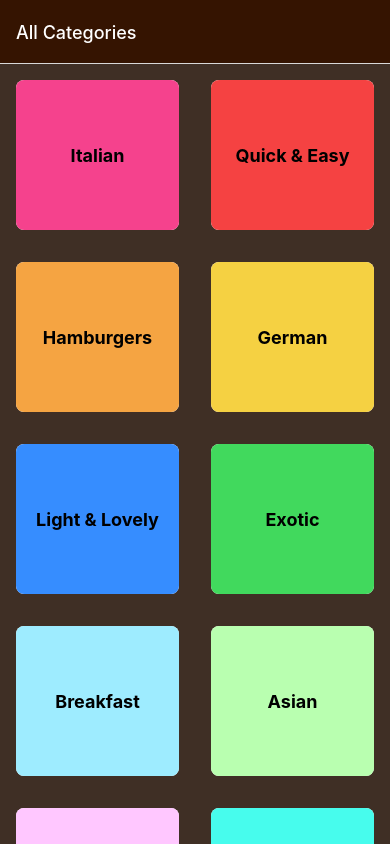
Repository: SyLe-Van/Food-Category-App
Screen: /
An editor plug-in stored every save of this project. The screen is shown before and after the next save, followed by the edit.
An inner scrolling area shows only its first screen. The app was drawn by React Native's web renderer in a window 390 px wide. The project was rebuilt for these pictures with package versions that can differ from the ones it lists, and the page was loaded fresh each time. Also part of the build but not shown: components/MealItem.js, screens/MealsOverViewScreen.js.

Above is the screen before, as saved 2024-02-19 14:46:20.

### App.js
import { StatusBar } from "expo-status-bar";
import { StyleSheet } from "react-native";
import { NavigationContainer } from "@react-navigation/native";
import { createNativeStackNavigator } from "@react-navigation/native-stack";

import CategoriesScreen from "./screens/CategoriesScreen";
import MealsOverviewScreen from "./screens/MealsOverViewScreen";

const Stack = createNativeStackNavigator();

export default function App() {
  return (
    <>
      <StatusBar style="dark" />
      <NavigationContainer>
        <Stack.Navigator>
          <Stack.Screen
            name="MealsCategories"
            component={CategoriesScreen}
            options={{
              title: "All Categories",
              headerStyle: { backgroundColor: "#351401" },
              headerTintColor: "white",
              contentStyle: { backgroundColor: "#3f2f25" },
            }}
          />
          <Stack.Screen name="MealsOverview" component={MealsOverviewScreen} />
        </Stack.Navigator>
      </NavigationContainer>
    </>
  );
}

const styles = StyleSheet.create({
  container: {
    flex: 1,
    backgroundColor: "#fff",
    alignItems: "center",
    justifyContent: "center",
  },
});

### screens/CategoriesScreen.js
import { FlatList } from "react-native";
import { CATEGORIES } from "../data/dummy-data";
import CategoryGridTile from "../components/CategoryGridTile";

function CategoriesScreen({ navigation }) {
  function renderCategoryItem(itemData) {
    function pressHandler() {
      navigation.navigate("MealsOverview", {
        categoryId: itemData.item.id,
      });
    }
    return (
      <CategoryGridTile
        title={itemData.item.title}
        color={itemData.item.color}
        onPress={pressHandler}
      />
    );
  }
  return (
    <FlatList
      data={CATEGORIES}
      keyExtractor={(item) => item.id}
      renderItem={renderCategoryItem}
      numColumns={2}
    />
  );
}
export default CategoriesScreen;

### data/dummy-data.js
import Category from "../models/category";
import Meal from "../models/meal";

export const CATEGORIES = [
  new Category("c1", "Italian", "#f5428d"),
  new Category("c2", "Quick & Easy", "#f54242"),
  new Category("c3", "Hamburgers", "#f5a442"),
  new Category("c4", "German", "#f5d142"),
  new Category("c5", "Light & Lovely", "#368dff"),
  new Category("c6", "Exotic", "#41d95d"),
  new Category("c7", "Breakfast", "#9eecff"),
  new Category("c8", "Asian", "#b9ffb0"),
  new Category("c9", "French", "#ffc7ff"),
  new Category("c10", "Summer", "#47fced"),
];

export const MEALS = [
  new Meal(
    "m1",
    ["c1", "c2"],
    "Spaghetti with Tomato Sauce",
    "affordable",
    "simple",
    "https://upload.wikimedia.org/wikipedia/commons/thumb/2/20/Spaghetti_Bolognese_mit_Parmesan_oder_Grana_Padano.jpg/800px-Spaghetti_Bolognese_mit_Parmesan_oder_Grana_Padano.jpg",
    20,
    [
      "4 Tomatoes",
      "1 Tablespoon of Olive Oil",
      "1 Onion",
      "250g Spaghetti",
      "Spices",
      "Cheese (optional)",
    ],
    [
      "Cut the tomatoes and the onion into small pieces.",
      "Boil some water - add salt to it once it boils.",
      "Put the spaghetti into the boiling water - they should be done in about 10 to 12 minutes.",
      "In the meantime, heaten up some olive oil and add the cut onion.",
      "After 2 minutes, add the tomato pieces, salt, pepper and your other spices.",
      "The sauce will be done once the spaghetti are.",
      "Feel free to add some cheese on top of the finished dish.",
    ],
    false,
    true,
    true,
    true
  ),

  new Meal(
    "m2",
    ["c2"],
    "Toast Hawaii",
    "affordable",
    "simple",
    "https://cdn.pixabay.com/photo/2018/07/11/21/51/toast-3532016_1280.jpg",
    10,
    [
      "1 Slice White Bread",
      "1 Slice Ham",
      "1 Slice Pineapple",
      "1-2 Slices of Cheese",
      "Butter",
    ],
    [
      "Butter one side of the white bread",
      "Layer ham, the pineapple and cheese on the white bread",
      "Bake the toast for round about 10 minutes in the oven at 200°C",
    ],
    false,
    false,
    false,
    false
  ),

  new Meal(
    "m3",
    ["c3"],
    "Classic Hamburger",
    "pricey",
    "simple",
    "https://cdn.pixabay.com/photo/2014/10/23/18/05/burger-500054_1280.jpg",
    45,
    [
      "300g Cattle Hack",
      "1 Tomato",
      "1 Cucumber",
      "1 Onion",
      "Ketchup",
      "2 Burger Buns",
    ],
    [
      "Form 2 patties",
      "Fry the patties for c. 4 minutes on each side",
      "Quickly fry the buns for c. 1 minute on each side",
      "Bruch buns with ketchup",
      "Serve burger with tomato, cucumber and onion",
    ],
    false,
    false,
    false,
    true
  ),

  new Meal(
    "m4",
    ["c4"],
    "Wiener Schnitzel",
    "luxurious",
    "challenging",
    "https://cdn.pixabay.com/photo/2018/03/31/19/29/schnitzel-3279045_1280.jpg",
    60,
    [
      "8 Veal Cutlets",
      "4 Eggs",
      "200g Bread Crumbs",
      "100g Flour",
      "300ml Butter",
      "100g Vegetable Oil",
      "Salt",
      "Lemon Slices",
    ],
    [
      "Tenderize the veal to about 2–4mm, and salt on both sides.",
      "On a flat plate, stir the eggs briefly with a fork.",
      "Lightly coat the cutlets in flour then dip into the egg, and finally, coat in breadcrumbs.",
      "Heat the butter and oil in a large pan (allow the fat to get very hot) and fry the schnitzels until golden brown on both sides.",
      "Make sure to toss the pan regularly so that the schnitzels are surrounded by oil and the crumbing becomes ‘fluffy’.",
      "Remove, and drain on kitchen paper. Fry the parsley in the remaining oil and drain.",
      "Place the schnitzels on awarmed plate and serve garnishedwith parsley and slices of lemon.",
    ],
    false,
    false,
    false,
    false
  ),

  new Meal(
    "m5",
    ["c2", "c5", "c10"],
    "Salad with Smoked Salmon",
    "luxurious",
    "simple",
    "https://cdn.pixabay.com/photo/2016/10/25/13/29/smoked-salmon-salad-1768890_1280.jpg",
    15,
    [
      "Arugula",
      "Lamb's Lettuce",
      "Parsley",
      "Fennel",
      "200g Smoked Salmon",
      "Mustard",
      "Balsamic Vinegar",
      "Olive Oil",
      "Salt and Pepper",
    ],
    [
      "Wash and cut salad and herbs",
      "Dice the salmon",
      "Process mustard, vinegar and olive oil into a dessing",
      "Prepare the salad",
      "Add salmon cubes and dressing",
    ],
    true,
    false,
    true,
    true
  ),

  new Meal(
    "m6",
    ["c6", "c10"],
    "Delicious Orange Mousse",
    "affordable",
    "hard",
    "https://cdn.pixabay.com/photo/2017/05/01/05/18/pastry-2274750_1280.jpg",
    240,
    [
      "4 Sheets of Gelatine",
      "150ml Orange Juice",
      "80g Sugar",
      "300g Yoghurt",
      "200g Cream",
      "Orange Peel",
    ],
    [
      "Dissolve gelatine in pot",
      "Add orange juice and sugar",
      "Take pot off the stove",
      "Add 2 tablespoons of yoghurt",
      "Stir gelatin under remaining yoghurt",
      "Cool everything down in the refrigerator",
      "Whip the cream and lift it under die orange mass",
      "Cool down again for at least 4 hours",
      "Serve with orange peel",
    ],
    true,
    false,
    true,
    false
  ),

  new Meal(
    "m7",
    ["c7"],
    "Pancakes",
    "affordable",
    "simple",
    "https://cdn.pixabay.com/photo/2018/07/10/21/23/pancake-3529653_1280.jpg",
    20,
    [
      "1 1/2 Cups all-purpose Flour",
      "3 1/2 Teaspoons Baking Powder",
      "1 Teaspoon Salt",
      "1 Tablespoon White Sugar",
      "1 1/4 cups Milk",
      "1 Egg",
      "3 Tablespoons Butter, melted",
    ],
    [
      "In a large bowl, sift together the flour, baking powder, salt and sugar.",
      "Make a well in the center and pour in the milk, egg and melted butter; mix until smooth.",
      "Heat a lightly oiled griddle or frying pan over medium high heat.",
      "Pour or scoop the batter onto the griddle, using approximately 1/4 cup for each pancake. Brown on both sides and serve hot.",
    ],
    true,
    false,
    true,
    false
  ),

  new Meal(
    "m8",
    ["c8"],
    "Creamy Indian Chicken Curry",
    "pricey",
    "challenging",
    "https://cdn.pixabay.com/photo/2018/06/18/16/05/indian-food-3482749_1280.jpg",
    35,
    [
      "4 Chicken Breasts",
      "1 Onion",
      "2 Cloves of Garlic",
      "1 Piece of Ginger",
      "4 Tablespoons Almonds",
      "1 Teaspoon Cayenne Pepper",
      "500ml Coconut Milk",
    ],
    [
      "Slice and fry the chicken breast",
      "Process onion, garlic and ginger into paste and sauté everything",
      "Add spices and stir fry",
      "Add chicken breast + 250ml of water and cook everything for 10 minutes",
      "Add coconut milk",
      "Serve with rice",
    ],
    true,
    false,
    false,
    true
  ),

  new Meal(
    "m9",
    ["c9"],
    "Chocolate Souffle",
    "affordable",
    "hard",
    "https://cdn.pixabay.com/photo/2014/08/07/21/07/souffle-412785_1280.jpg",
    45,
    [
      "1 Teaspoon melted Butter",
      "2 Tablespoons white Sugar",
      "2 Ounces 70% dark Chocolate, broken into pieces",
      "1 Tablespoon Butter",
      "1 Tablespoon all-purpose Flour",
      "4 1/3 tablespoons cold Milk",
      "1 Pinch Salt",
      "1 Pinch Cayenne Pepper",
      "1 Large Egg Yolk",
      "2 Large Egg Whites",
      "1 Pinch Cream of Tartar",
      "1 Tablespoon white Sugar",
    ],
    [
      "Preheat oven to 190°C. Line a rimmed baking sheet with parchment paper.",
      "Brush bottom and sides of 2 ramekins lightly with 1 teaspoon melted butter; cover bottom and sides right up to the rim.",
      "Add 1 tablespoon white sugar to ramekins. Rotate ramekins until sugar coats all surfaces.",
      "Place chocolate pieces in a metal mixing bowl.",
      "Place bowl over a pan of about 3 cups hot water over low heat.",
      "Melt 1 tablespoon butter in a skillet over medium heat. Sprinkle in flour. Whisk until flour is incorporated into butter and mixture thickens.",
      "Whisk in cold milk until mixture becomes smooth and thickens. Transfer mixture to bowl with melted chocolate.",
      "Add salt and cayenne pepper. Mix together thoroughly. Add egg yolk and mix to combine.",
      "Leave bowl above the hot (not simmering) water to keep chocolate warm while you whip the egg whites.",
      "Place 2 egg whites in a mixing bowl; add cream of tartar. Whisk until mixture begins to thicken and a drizzle from the whisk stays on the surface about 1 second before disappearing into the mix.",
      "Add 1/3 of sugar and whisk in. Whisk in a bit more sugar about 15 seconds.",
      "whisk in the rest of the sugar. Continue whisking until mixture is about as thick as shaving cream and holds soft peaks, 3 to 5 minutes.",
      "Transfer a little less than half of egg whites to chocolate.",
      "Mix until egg whites are thoroughly incorporated into the chocolate.",
      "Add the rest of the egg whites; gently fold into the chocolate with a spatula, lifting from the bottom and folding over.",
      "Stop mixing after the egg white disappears. Divide mixture between 2 prepared ramekins. Place ramekins on prepared baking sheet.",
      "Bake in preheated oven until scuffles are puffed and have risen above the top of the rims, 12 to 15 minutes.",
    ],
    true,
    false,
    true,
    false
  ),
  new Meal(
    "m10",
    ["c2", "c5", "c10"],
    "Asparagus Salad with Cherry Tomatoes",
    "luxurious",
    "simple",
    "https://cdn.pixabay.com/photo/2018/04/09/18/26/asparagus-3304997_1280.jpg",
    30,
    [
      "White and Green Asparagus",
      "30g Pine Nuts",
      "300g Cherry Tomatoes",
      "Salad",
      "Salt, Pepper and Olive Oil",
    ],
    [
      "Wash, peel and cut the asparagus",
      "Cook in salted water",
      "Salt and pepper the asparagus",
      "Roast the pine nuts",
      "Halve the tomatoes",
      "Mix with asparagus, salad and dressing",
      "Serve with Baguette",
    ],
    true,
    true,
    true,
    true
  ),
];

### components/CategoryGridTile.js
import { Pressable, View, Text, StyleSheet, Platform } from "react-native";
import { useNavigation } from "@react-navigation/native";
function CategoryGridItem({ title, color, onPress, Navigation }) {
  return (
    <View style={styles.gridItem}>
      <Pressable
        style={({ pressed }) => [
          styles.button,
          pressed ? styles.buttonPressed : null,
        ]}
        onPress={onPress}
      >
        <View style={[styles.innerContainer, { backgroundColor: color }]}>
          <Text style={styles.title}>{title}</Text>
        </View>
      </Pressable>
    </View>
  );
}
export default CategoryGridItem;

const styles = StyleSheet.create({
  gridItem: {
    flex: 1,
    margin: 16,
    height: 150,
    borderRadius: 8,
    backgroundColor: "white",
    shadowColor: "black",
    shadowOpacity: 0.25,
    shadowOffset: { width: 0, height: 2 },
    shadowOffset: 8,
    overflow: Platform.OS === "android" ? "hidden" : "visible",
  },
  button: {
    flex: 1,
  },
  buttonPressed: {
    opacity: 0.5,
  },
  innerContainer: {
    flex: 1,
    justifyContent: "center",
    padding: 16,
    alignItems: "center",
    borderRadius: 8,
  },
  title: {
    fontWeight: "bold",
    fontSize: 18,
  },
});

Loaded but not shown: models/category.js (common file); models/meal.js (common file)

After the next save:
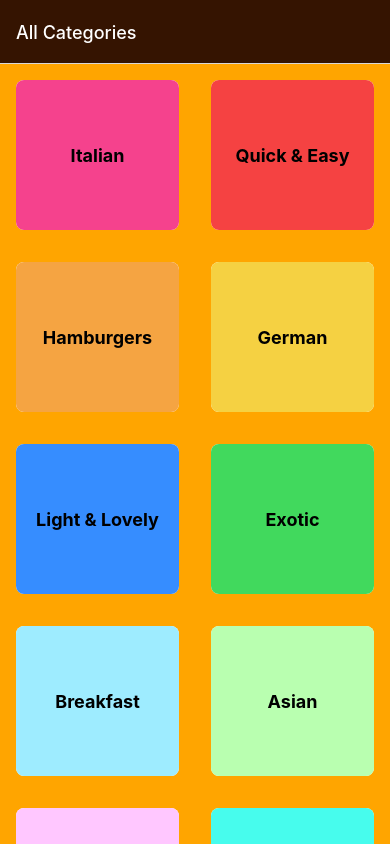
Saved 9 s later.
--- a/App.js
+++ b/App.js
@@ -21,7 +21,7 @@ export default function App() {
               title: "All Categories",
               headerStyle: { backgroundColor: "#351401" },
               headerTintColor: "white",
-              contentStyle: { backgroundColor: "#3f2f25" },
+              contentStyle: { backgroundColor: "orange" },
             }}
           />
           <Stack.Screen name="MealsOverview" component={MealsOverviewScreen} />
